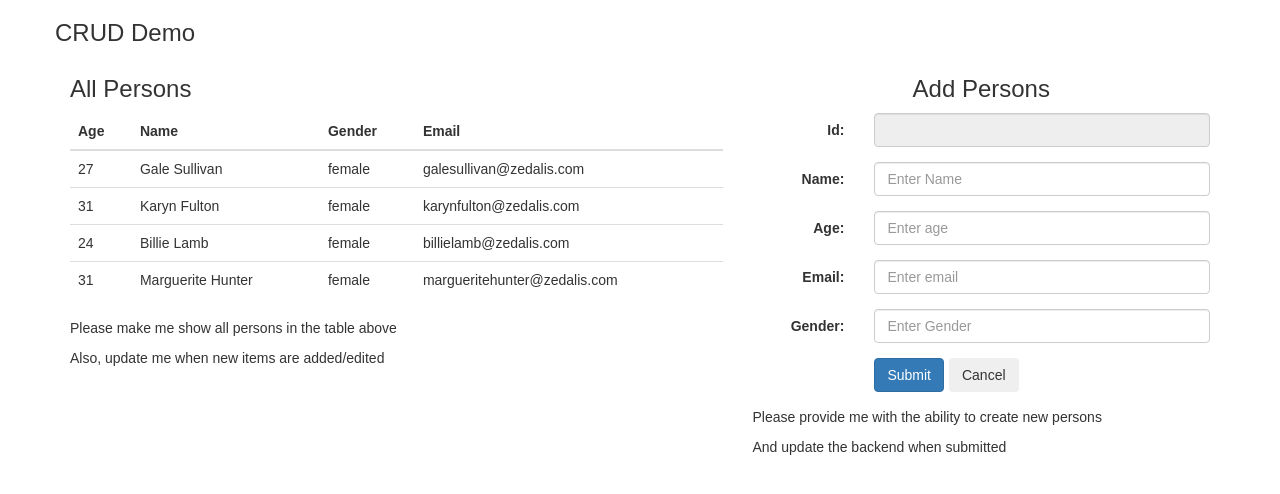
Repository: MukHansen/ReactUge
Page: / (app in thursday_exercises/react-crud-rest-exercise/)
The author's editor kept a copy of each file at every save. The page is drawn from the files as they stood at one save, then again after the next save.
The browser window is 1280 px wide. The pictures show the whole page.
The project was rebuilt for these pictures with package versions that can differ from the ones it lists, and the page was loaded fresh each time. Requests to the local data server were answered from the project's data file.

Above is the page before, as saved 2019-10-31 12:22:39.

### thursday_exercises/react-crud-rest-exercise/public/index.html
<!DOCTYPE html>
<html lang="en">
  <head>
    <meta charset="utf-8" />
    <link rel="icon" href="%PUBLIC_URL%/favicon.ico" />
    <meta name="viewport" content="width=device-width, initial-scale=1" />
    <meta name="theme-color" content="#000000" />
    <meta
      name="description"
      content="Web site created using create-react-app"
    />
    <link rel="apple-touch-icon" href="logo192.png" />
    <link rel="stylesheet" href="https://maxcdn.bootstrapcdn.com/bootstrap/3.3.7/css/bootstrap.min.css">
    <!--
      manifest.json provides metadata used when your web app is installed on a
      user's mobile device or desktop. See https://developers.google.com/web/fundamentals/web-app-manifest/
    -->
    <link rel="manifest" href="%PUBLIC_URL%/manifest.json" />
    <!--
      Notice the use of %PUBLIC_URL% in the tags above.
      It will be replaced with the URL of the `public` folder during the build.
      Only files inside the `public` folder can be referenced from the HTML.

      Unlike "/favicon.ico" or "favicon.ico", "%PUBLIC_URL%/favicon.ico" will
      work correctly both with client-side routing and a non-root public URL.
      Learn how to configure a non-root public URL by running `npm run build`.
    -->
    <title>React App</title>
  </head>
  <body>
    <noscript>You need to enable JavaScript to run this app.</noscript>
    <div id="root"></div>
    <!--
      This HTML file is a template.
      If you open it directly in the browser, you will see an empty page.

      You can add webfonts, meta tags, or analytics to this file.
      The build step will place the bundled scripts into the <body> tag.

      To begin the development, run `npm start` or `yarn start`.
      To create a production bundle, use `npm run build` or `yarn build`.
    -->
  </body>
</html>

### thursday_exercises/react-crud-rest-exercise/src/index.js
import React from 'react';
import ReactDOM from 'react-dom';
import './styles/index.css';
import App from "./components/App"
import apiFacade from "./apiFacade";

ReactDOM.render(<App apiFacade={apiFacade}/>, document.getElementById('root'));

### thursday_exercises/react-crud-rest-exercise/src/components/App.js
import React, { useState, useEffect } from "react";
import AddEditPerson from "./AddEditPerson";
import AllPersons from "./AllPersons";

function App({ apiFacade }) {
  const emptyPerson = { id: "", age: "", name: "", email: "", gender: "" };
  const [personToAddEdit, setPersonToAddEdit] = useState(emptyPerson);
  const [persons, setPersons] = useState([]);

  useEffect(() => {
    const getData = async () => {
      try {
        const data = await apiFacade.getPersonsV2();
        console.log("--> ", data);
        setPersons(data);
      }
      catch (e) {
        window.alert("Jeg har et blåt båthorn");
        console.log("fisk.whatever");
      }
    };
    getData();
  }, []);

  /* useEffect(() => {
    //This would be a great place to fetch data (all persons) from the backend
    apiFacade.getPersons()
    .then(data=>{
      console.log("her er data -> ", data);
      setPersons(data);
    }).catch(e=>{alert("Upsedasse")})
  },[10000]); */

  const storeAddEditPerson = person => {
    //Call this from the AddEditPerson control with the person to Add or Edit and Add/Edit via the apiFacade
  };

  const deletePerson = id => {
    //Call this from the AllPerson control with the id for the person to delete
  };

  const editPerson = person => {
    //Call thisfrom the AllPerson control with the  person to edit
    //Set the state variable personToAddEdit with this person (a clone) to make the new value flow down via props
  };

  return (
    <div className="container">
      <div className="row">
        <h3>CRUD Demo </h3>
        <div className="col-md-7">
          <h3>All Persons</h3>
          <AllPersons
            persons={persons}
            editPerson={editPerson}
            deletePerson={deletePerson}
          />
        </div>
        <div className="col-md-5">
          <h3 style={{ textAlign: "center" }}>Add Persons</h3>
          <AddEditPerson
            newPerson={personToAddEdit}
            //  Next two lines, are if you decide to use the pattern introduced in the day-2 exercises
            addEditPerson={storeAddEditPerson}
            key={personToAddEdit.id}
          />
        </div>
      </div>
    </div>
  );
}
export default App;

### thursday_exercises/react-crud-rest-exercise/src/apiFacade.js

let URL = "http://localhost:3456/api";

//The two methods below, are the utility-methods introduced here (use them if you like):
//https://docs.google.com/document/d/1hF9P65v_AJKCjol_gFkm3oZ1eVTuOKc15V6pcb3iFa8/edit?usp=sharing

function makeOptions(method, body) {
  var opts = {
    method: method,
    headers: {
      "Content-type": "application/json"
    }
  };
  if (body) {
    opts.body = JSON.stringify(body);
  }
  return opts;
}

function handleHttpErrors(res) {
  if (!res.ok) {
    return Promise.reject({ status: res.status, fullError: res.json() });
  }
  return res.json();
}

function apiFacade() {
  //OBSERVE This returns a promise, NOT the actual data, you must handle asynchronicity by the client
  function getPersons() {
    return fetch(URL).then(handleHttpErrors);
  }

  async function getPersonsV2() {
    const data = await fetch(URL).then(handleHttpErrors)
    return data;
  }

  function addEditPerson(person) {
   //Complete me. A smart version will handle both Add and Edit, but focus on Add (POST) only first
  }

  function deletePerson(id) {
    //Complete me
  }

  return {
    getPersons,
    getPersonsV2,
    addEditPerson,
    deletePerson
  };
}

// const returnVal = apiFacade();
export default apiFacade();

### thursday_exercises/react-crud-rest-exercise/src/components/AddEditPerson.js
import React, { useState } from "react";

export default function AddEditPerson(props) {
  const [person, setPerson] = useState({ ...props.newPerson });

  /* Add the required changes to use Reacts "Controlled Component Pattern"
     to handle inputs related to a person */
  const handleChange = (evt) => {}
  const handleSubmit = (evt) => {}

  return (
    <div>
      <form className="form-horizontal" onSubmit={handleSubmit}>
        <div className="form-group">
          <label className="control-label col-sm-3">Id:</label>
          <div className="col-sm-9">
            <input className="form-control" readOnly id="id" />
          </div>
        </div>
        <div className="form-group">
          <label className="control-label col-sm-3" htmlFor="name">
            Name:
          </label>
          <div className="col-sm-9">
            <input
              className="form-control"
              id="name"
              placeholder="Enter Name"
            />
          </div>
        </div>
        <div className="form-group">
          <label className="control-label col-sm-3" htmlFor="age">
            Age:
          </label>
          <div className="col-sm-9">
            <input
              type="number"
              className="form-control"
              id="age"
              placeholder="Enter age"
            />
          </div>
        </div>
        <div className="form-group">
          <label className="control-label col-sm-3" htmlFor="email">
            Email:
          </label>
          <div className="col-sm-9">
            <input
              type="email"
              className="form-control"
              id="email"
              placeholder="Enter email"
            />
          </div>
        </div>
        <div className="form-group">
          <label className="control-label col-sm-3" htmlFor="pwd">
            Gender:
          </label>
          <div className="col-sm-9">
            <input
              className="form-control"
              id="gender"
              placeholder="Enter Gender"
            />
          </div>
        </div>
        <div className="form-group">
          <div className="col-sm-offset-3 col-sm-9">
            <button type="submit" className="btn btn-primary">
              Submit
            </button>
            <button
              style={{ marginLeft: 5 }}
              type="button"
              className="btn btn-dark"
            >
              Cancel
            </button>
          </div>
        </div>
      </form>
      <p>Please provide me with the ability to create new persons</p>
      <p>And update the backend when submitted</p>
    </div>
  );
}

### thursday_exercises/react-crud-rest-exercise/src/components/AllPersons.js
import React from "react"
import PropTypes from 'prop-types';

export default function AllPersons(props) {
  const { persons,editPerson,deletePerson} = props;

  return (
    <div>
      <table className="table">
        <thead>
          <tr><th>Age</th><th>Name</th><th>Gender</th><th>Email</th></tr>
        </thead>
        <tbody>
          {persons.map((pers) => (
            <tr key={pers.id}>
              <td>{pers.age}</td>
              <td>{pers.name}</td>
              <td>{pers.gender}</td>
              <td>{pers.email}</td>
            </tr>
          ))}
        </tbody>
      </table>

      <p>Please make me show all persons in the table above</p>
      <p>Also, update me when new items are added/edited </p>

    </div>
  )
}

AllPersons.propTypes = {
  persons : PropTypes.array.isRequired,
  editPerson: PropTypes.func.isRequired,
  deletePerson: PropTypes.func.isRequired
}

### thursday_exercises/react-crud-rest-exercise/data.json
{
  "api": [
    {
      "id": "59dde0def94062f06bcc1211",
      "age": 27,
      "name": "Gale Sullivan",
      "gender": "female",
      "email": "galesullivan@zedalis.com"
    },
    {
      "id": "59dde0deb5516ea4f23590f9",
      "age": 31,
      "name": "Karyn Fulton",
      "gender": "female",
      "email": "karynfulton@zedalis.com"
    },
    {
      "id": "59dde0de06024380d2fe4f86",
      "age": 24,
      "name": "Billie Lamb",
      "gender": "female",
      "email": "billielamb@zedalis.com"
    },
    {
      "id": "59dde0de47b61d96286c4f18",
      "age": 31,
      "name": "Marguerite Hunter",
      "gender": "female",
      "email": "margueritehunter@zedalis.com"
    }
  ]
}

Loaded but not shown: thursday_exercises/react-crud-rest-exercise/src/styles/index.css (common file)

After the next save:
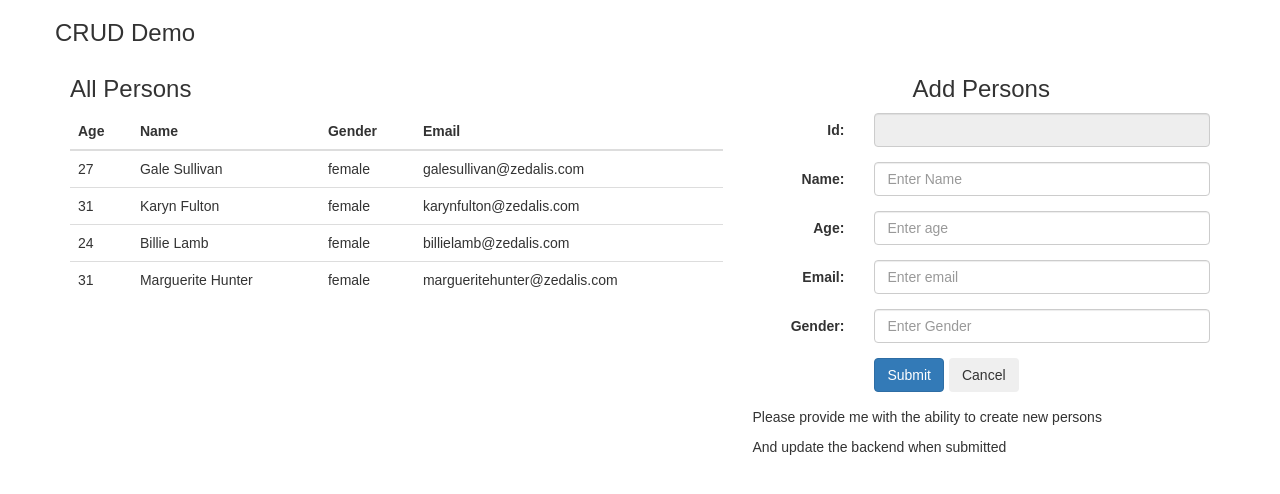
Saved 46 s later.
--- a/thursday_exercises/react-crud-rest-exercise/src/components/AllPersons.js
+++ b/thursday_exercises/react-crud-rest-exercise/src/components/AllPersons.js
@@ -21,10 +21,6 @@ export default function AllPersons(props) {
           ))}
         </tbody>
       </table>
-
-      <p>Please make me show all persons in the table above</p>
-      <p>Also, update me when new items are added/edited </p>
-
     </div>
   )
 }
